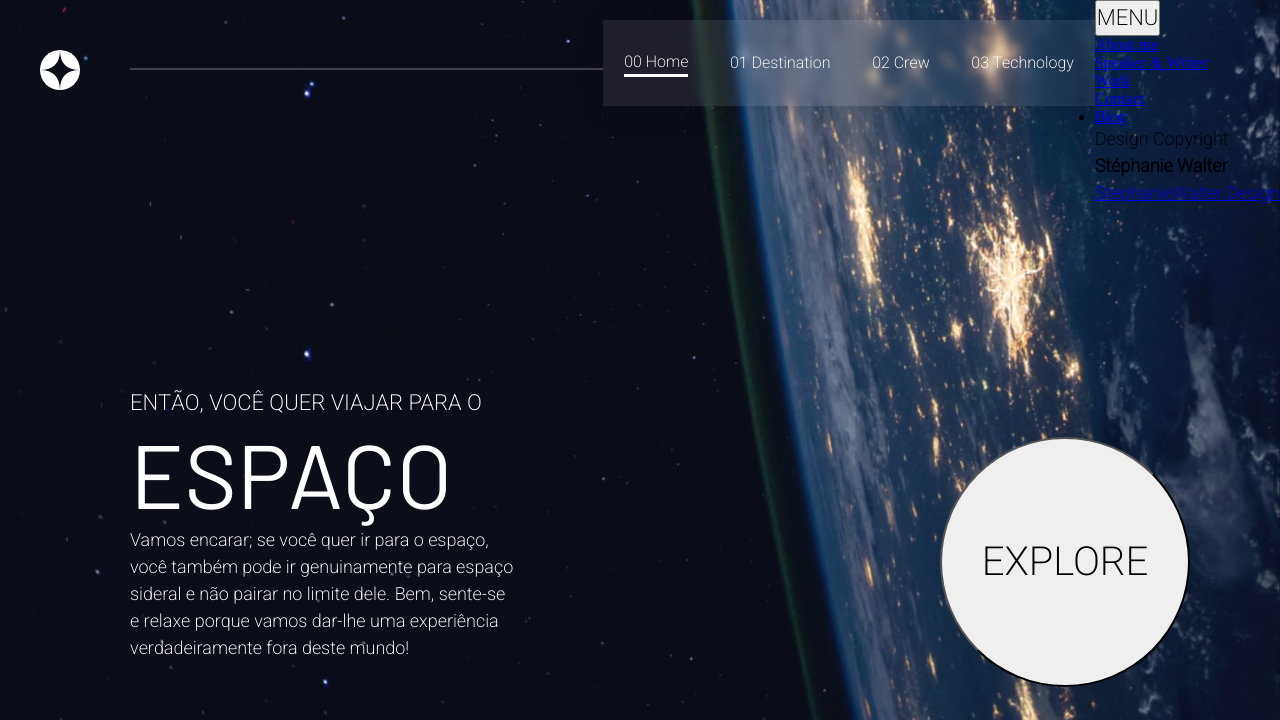
Repository: Leonngc/space-site
Page: space-tourism-website-main/space-tourism-website-main/starter-code/index.html
An editor plug-in stored every save of this project. The page is shown before and after the next save, followed by the edit.
The browser window is 1280 px wide. The pictures show the whole page.
Some web libraries are served in a nearby version.

Above is the page before, as saved 2023-04-29 16:36:57.

### space-tourism-website-main/space-tourism-website-main/starter-code/index.html
<!DOCTYPE html>
<html lang="pt-br">
<head>
  <meta charset="UTF-8">
  <meta name="viewport" content="width=device-width, initial-scale=1.0">
  <link rel="icon" type="image/png" sizes="32x32" href="./assets/favicon-32x32.png">
  <link rel="stylesheet" href="styles/menu.css">
  <link rel="stylesheet" href="styles/home.css">
  <!-- CDN FLATICON-->
  <link rel='stylesheet' href='https://cdn-uicons.flaticon.com/uicons-bold-rounded/css/uicons-bold-rounded.css'>
  <script src="script/menu.js" defer></script>
  <title>Frontend Mentor | Space tourism website</title>
</head>
<body>

  <header>
    <img src="assets/shared/logo.svg" alt="" class="logo">
    <div class="line"></div>

    <ul class="menu">
    <li class="item-menu active"><a href="#">00 Home</a></li>
    <li class="item-menu"><a href="#">01 Destination</a></li>
    <li class="item-menu"><a href="#">02 Crew</a></li>
    <li class="item-menu"><a href="#">03 Technology</a></li>
    </ul>




<div class="device">
	<div class="container">
		<button id="burger" class="open-main-nav">
			<span class="burger"></span>
			<span class="burger-text">Menu</span>
		</button>
		<nav class="main-nav" id="main-nav">
			<ul>
				<li>
					<a href="#">About me</a>
				</li>
				<li>
					<a href="#">Speaker &amp; Writer</a>
				</li>
				<li>
					<a href="#">Work</a>
				</li>
				<li>
					<a href="#">Contact</a>
				</li>
				<li>
					<a href="#">Blog</a>
				</li>
			</ul>
		</nav>
		<p class="notice">Design Copyright <strong>Stéphanie Walter</strong><br><a href="https://stephaniewalter.design/" target="_blank">StephanieWalter.Design</a></p>
	</div>
</div>
  </header>

<div class="container-button">
    <button>Explore</button>
  </div>
<div class="text-box">
    <span>Então, você quer viajar para o</span>
    <h1>Espaço</h1>
    <p>
      Vamos encarar; se você quer ir para o espaço, você também pode ir genuinamente para
      espaço sideral e não pairar no limite dele. Bem, sente-se e relaxe
      porque vamos dar-lhe uma experiência verdadeiramente fora deste mundo!
    </p>
</div>



</body>
</html>

### space-tourism-website-main/space-tourism-website-main/starter-code/styles/menu.css
@import url('https://fonts.googleapis.com/css2?family=Heebo:wght@200&display=swap');

*{
    padding: 0;
    margin: 0;
}

header{
    display: flex;
    justify-content: space-between;
}

.menu{
    margin-top: 20px;
    display: flex;
    width: 90vw ;
    height: 12vh;
    position: relative;
    justify-content: space-between;
    list-style: none;
    background: rgba(255, 255, 255, 0.21);
    background: rgba(255, 255, 255, 0.08);
    box-shadow: 0 4px 30px rgba(0, 0, 0, 0.1);
    backdrop-filter: blur(5px);
    -webkit-backdrop-filter: blur(5px);
}

.item-menu{
    margin: auto;

}

.item-menu a{
    text-decoration: none;
    font-family: 'Heebo', sans-serif;
    color: white;
}

.active{
  border-bottom: 3px solid white;
}

.line{
    background-color:  rgba(255, 255, 255, 0.21);

    height: 2px;
    width: 1110px;
    margin-top: 68px;
    margin-left: 30px;
}

.logo{
    margin-top: 30px;
    margin-left: 20px;
    width: 40px;
    height: 40px;
    padding: 20px;
}

@media screen and (max-width: 900px){
    .menu{
        display: none;
    }

    .line{
        display: none;
    }

    body{
        background-image: url(../assets/home/background-home-mobile.jpg) !important;
    }

    .main-nav {
        position: absolute;
        top: 0;
        right: 0;
        left: 0;
        bottom: 0;
        text-align: center;
        background: #FFF;
        opacity: 0;
        z-index: -1;
        visibility: hidden;
        transition: all .375s;
    }

    .main-nav.is-open {
        opacity: 1;
        z-index: 100;
        visibility: visible;
    }

    /* Yellow band effect */
    .main-nav::before {
         content: '';
        position: absolute;
        top: 0;
        bottom: 0;
        left: 0;
        right: -15px;
        background: #FEDC2A;
        transform-origin: 0 0;
        transform: skew(-14deg) translateX(-120%);
        transition: all .275s .1s;
    }

    .main-nav.is-open::before {
        transform: skew(-14deg) translateX(0);
    }

    /* Skewing effect on menu links */
    .main-nav ul {
        display: inline-flex;
        flex-direction: column;
        height: 93%; /* Should be 100%, but we have a notice message :D */
        align-items: flex-end;
        justify-content: center;
        transform: translateX(-18%) skew(-16deg);
    }

    .main-nav li {
        display: block;
        margin: .5rem 0;
        text-align: right;
        transform: skew(16deg);
    }

    /* Apparition effect on links */
    .main-nav a {
        opacity: 0;
        transform: translateY(-10px);
    }

    .main-nav.is-open a {
        opacity: 1;
        transform: translateY(0);
    }
    .main-nav li:nth-child(1) a {
        transition: all 275ms 175ms
    }
    .main-nav li:nth-child(2) a {
        transition: all 275ms 225ms
    }
    .main-nav li:nth-child(3) a {
        transition: all 275ms 275ms
    }
    .main-nav li:nth-child(4) a {
        transition: all 275ms 325ms
    }
    .main-nav li:nth-child(5) a {
        transition: all 275ms 375ms
    }


    /* Decoration */
    .main-nav ul,
    .main-nav li {
        list-style: none;
        padding: 0;
    }
    .main-nav a {
        display: block;
        padding: 12px 0;
        color: #5A3B5D;
        font-size: 1.4em;
        text-decoration: none;
        font-weight: bold;
    }

    /* Burger Style: @see: https://codepen.io/CreativeJuiz/full/oMZNXy */
    .open-main-nav {
        position: absolute;
        top: 15px;
        padding-top: 20px;
        right: 15px;
        z-index: 1000;
        background: none;
        border: 0;
        cursor: pointer;
    }
    .open-main-nav:focus {
        outline: none;
    }
    .burger {
        position: relative;
        display: block;
        width: 28px;
        height: 4px;
        margin: 0 auto;
        background: #5A3B5D;
        transform: skew(5deg);
        transition: all .275s;
    }

    .burger:after,
    .burger:before {
        content: '';
        display: block;
        height: 100%;
        background: #5A3B5D;
        transition: all .275s;
    }

    .burger:after {
        transform: translateY(-12px) translateX(-2px) skew(-20deg);
    }

    .burger:before {
        transform: translateY(-16px) skew(-10deg);
    }

    /* Toggle State part */
    .is-open .burger {
        transform: skew(5deg) translateY(-8px) rotate(-45deg);
    }

    .is-open .burger:before {
        transform: translateY(0px) skew(-10deg) rotate(75deg);
    }

    .is-open .burger:after {
        transform: translateY(-12px) translateX(10px) skew(-20deg);
        opacity: 0;
    }

    /* MENU Text part */

    .burger-text {
        display: block;
        font-size: .675rem;
        letter-spacing: .05em;
        margin-top: .5em;
        text-transform: uppercase;
        font-weight: 500;
        text-align: center;
        color: #5A3B5D;
    }

    .device {
        position: relative;
        width: 345px;
        height: 600px;
        background: #FFF;
        border: 1px solid #EEE;
        border-radius: 3px;
        box-shadow: 0 0 0 10px rgba(0,0,0,.1);
    }

    .container {
        position: absolute;
        top: 0; right: 0;
        bottom: 0; left: 0;
        overflow: hidden;
        background: linear-gradient(to bottom, #eee, #ddd);
    }

    html {
        height: 100%;
    }
    body {
        height: 100%;
        display: flex;
        justify-content: center;
        align-items: center;
    }

    /* Slow motion button */
    [id="slowmo"] {
        position: absolute;
        top: 20px;
        right: 20px;
        padding: 10px;
        border: 0;
        font-size: 1rem;
        background: #FEDC2A;
        color: #5A3B5D;
        font-weight: bold;
        cursor: pointer;
        transition: all .275s;
    }

    [id="slowmo"] span {
        display: block;
        font-weight: normal;
    }

    [id="slowmo"]:hover,
    [id="slowmo"]:focus {
        background: #5A3B5D;
        color: #FEDC2A;
    }

    [id="slowmo"].is-slowmo span:after {
        content: 'Activated';
        display: block;
        font-weight: bold;
    }

    /* When slowmotion is activated */



    /* Notice */
    .notice {
        position: absolute;
        bottom: -15px;
        left: 0; right: 0;
        padding: 20px;
        background: #F2F2F2;
        color: #5A3B5D;
        font-size: 14px;
        font-weight: 400;
        line-height: 1.5;
        z-index: 100;
        text-align: center;
    }
    .notice strong {
        font-weight: 700;
    }
    .notice a {
        padding: 2px 3px;
        background: #FEDC2A;
        text-decoration: none;
    }
}

### space-tourism-website-main/space-tourism-website-main/starter-code/styles/home.css
@import url('https://fonts.googleapis.com/css2?family=Barlow&display=swap');
@import url('https://fonts.googleapis.com/css2?family=Heebo:wght@200&display=swap');
/*  font-family: 'Barlow', sans-serif;
    font-family: 'Heebo', sans-serif;
*/

:root{
    --title-font: 'Barlow';
    --paragraph-font: 'Heebo';
}

body{
    background-image: url(../assets/home/background-home-desktop.jpg);
    background-size: cover;
    background-position: center center;
}


.text-box{
    margin-top: 150px;
    padding: 30px;
    margin-left: 100px;
    width: 30vw;
    color: white;
}

span{
    font-family: var(--paragraph-font);
    font-size: 22px;
    text-transform: uppercase;
}

h1{
    font-family: var(--title-font);
    font-size: 90px;
    font-weight: 200;
    text-transform: uppercase;
}

p{
    font-family: var(--paragraph-font), sans-serif;
    font-size: 18px;
}

.container-button{
    float: right;
    margin-top: 230px;
    margin-right: 90px;
    margin-bottom: 30px;
}

.container-button button{
    width: 250px;
    height: 250px;
    border-radius: 50%;
    font-size: 40px;
    font-family: var(--paragraph-font);
    font-weight: 200;
    text-transform: uppercase;
}

Loaded but not shown: space-tourism-website-main/space-tourism-website-main/starter-code/script/menu.js (no stored copy; drawn as an empty file)

After the next save:
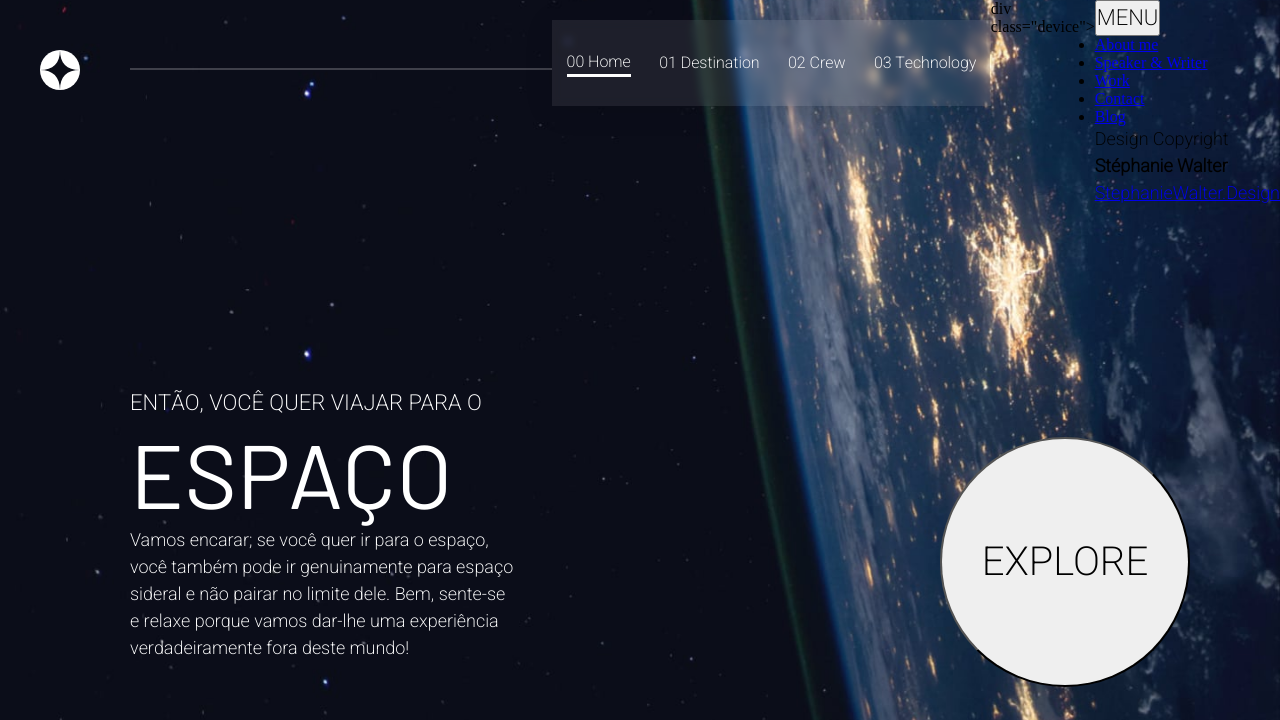
Saved 98 s later.
--- a/space-tourism-website-main/space-tourism-website-main/starter-code/index.html
+++ b/space-tourism-website-main/space-tourism-website-main/starter-code/index.html
@@ -27,13 +27,13 @@
 
 
 
-<div class="device">
+div class="device">
 	<div class="container">
 		<button id="burger" class="open-main-nav">
 			<span class="burger"></span>
 			<span class="burger-text">Menu</span>
 		</button>
-		<nav class="main-nav" id="main-nav">
+		<nav cla<ss="main-nav" id="main-nav">
 			<ul>
 				<li>
 					<a href="#">About me</a>
